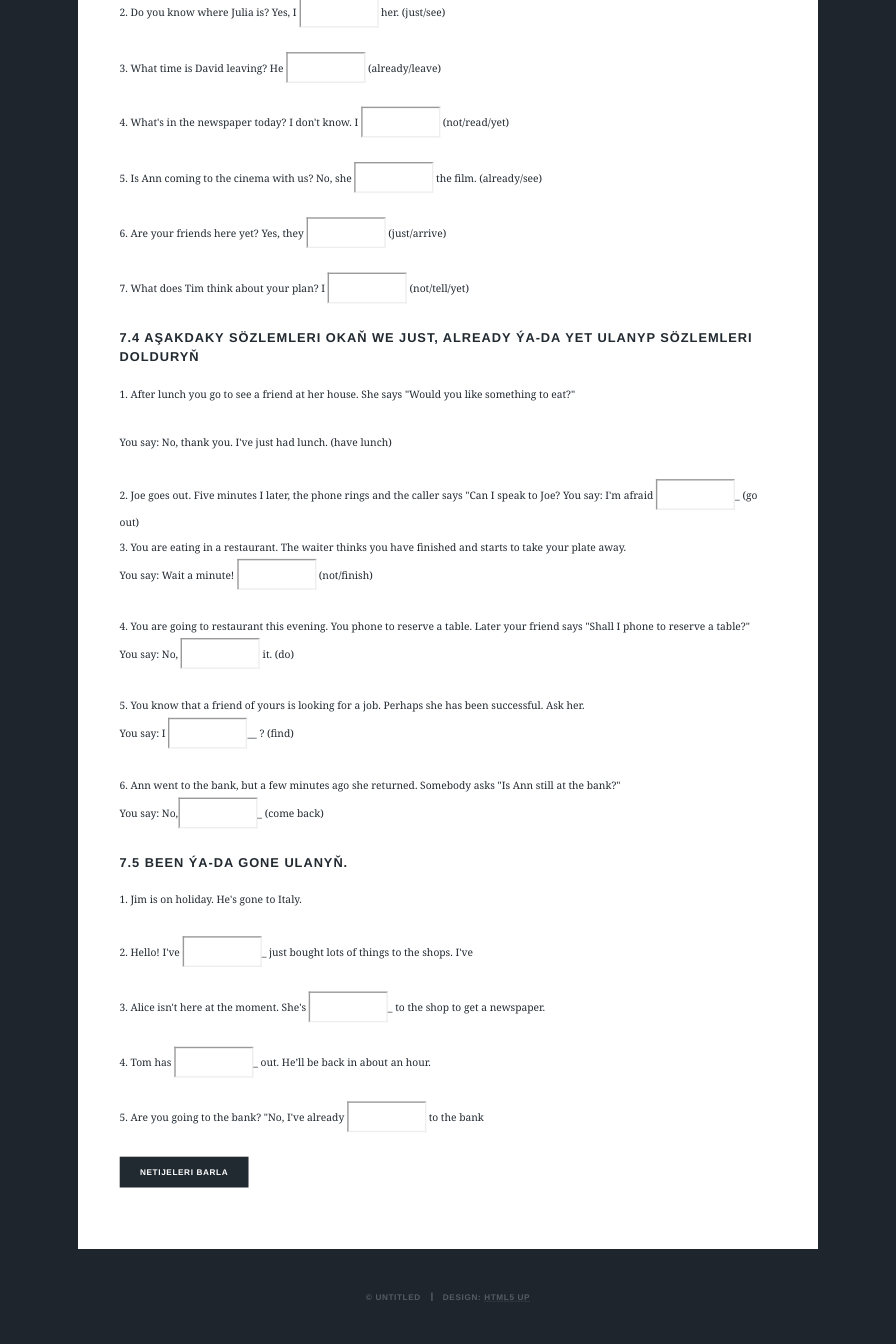
Repository: Sahet-dev/English-grammar-app
Page: test/test_unit _7.html
These files come from the project's save history. The page is drawn as it stood at one moment and after the next save; the edit follows.
The browser window is 1280 px wide. The pictures show the part of the page from y = 1968 to 3888 px (the page is 3888 px tall before and 3853 px after), at 70% of full size.
Some web fonts or font styles are not loaded; a fallback is used.

Above is the page before, as saved 2022-06-24 16:08:03.

After the next save:
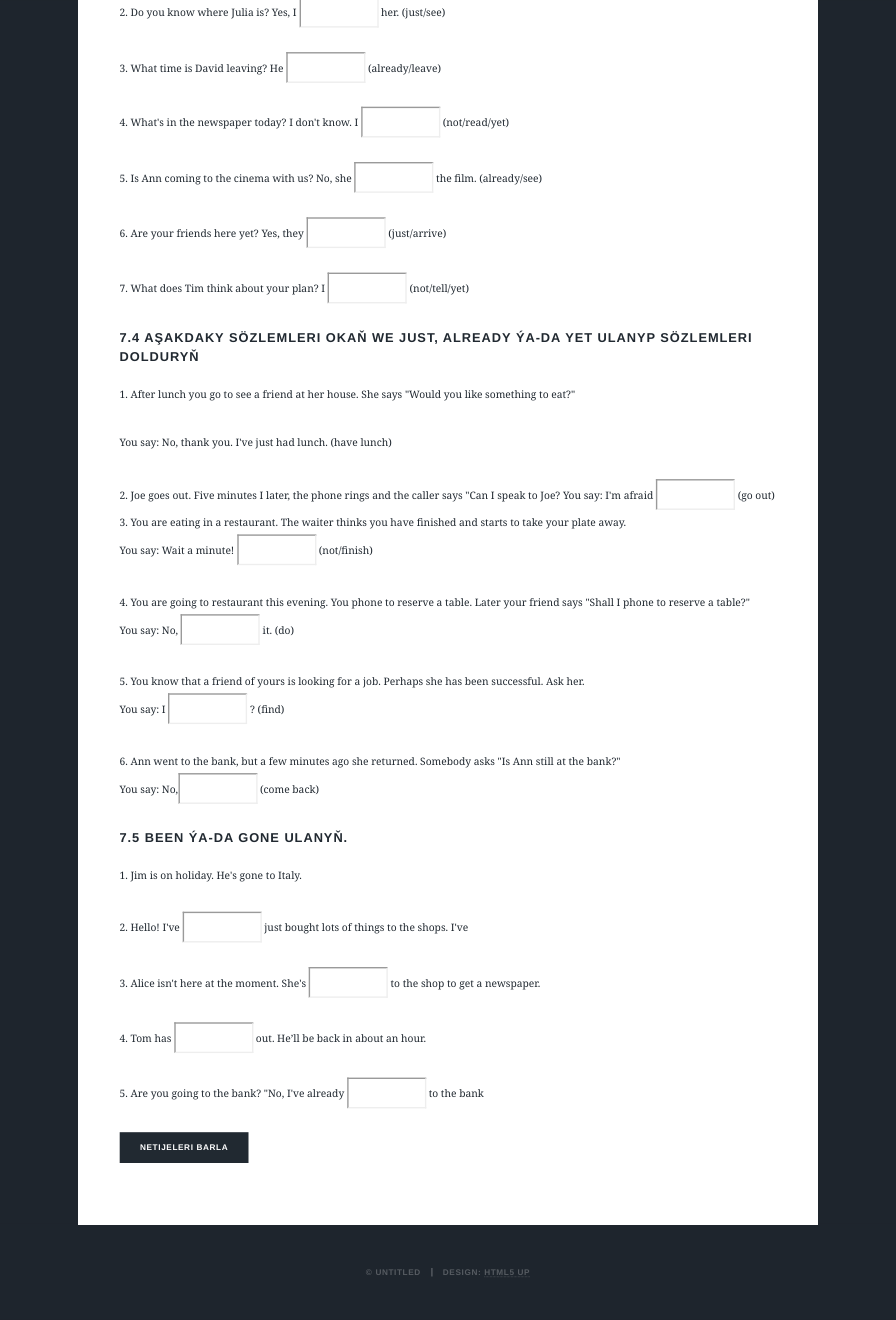
Saved 33 s later.
--- a/test/test_unit _7.html
+++ b/test/test_unit _7.html
@@ -145,7 +145,7 @@
 											<br><br>
 											2. Joe goes out. Five minutes I later, the phone rings and the caller says "Can I speak to Joe?
 
-											You say: I'm afraid <input type="text" size="7" name="answer" value="">_ (go out)
+											You say: I'm afraid <input type="text" size="7" name="answer" value="">  (go out)
 											<br>
 											3. You are eating in a restaurant. The waiter
 											thinks you have finished and starts to take your
@@ -162,12 +162,12 @@
 											<br><br>
 											5. You know that a friend of yours is looking for a job. Perhaps she has been successful. Ask her.
 											<br>
-											You say: I <input type="text" size="7" name="answer" value="">__ ? (find)
+											You say: I <input type="text" size="7" name="answer" value="">  ? (find)
 											<br><br>
 											6. Ann went to the bank, but a few minutes ago
 											she returned. Somebody asks "Is Ann still at the bank?"
 											<br>
-											You say: No,<input type="text" size="7" name="answer" value="">_  (come back)
+											You say: No,<input type="text" size="7" name="answer" value="">   (come back)
 											<br><br>
 
 										<h3>7.5
@@ -176,11 +176,11 @@
 
 											1. Jim is on holiday. He's gone to Italy.
 											<br><br>
-											2. Hello! I've <input type="text" size="7" name="answer" value="">_ just bought lots of things  to the shops. I've
-											<br><br>
-											3. Alice isn't here at the moment. She's <input type="text" size="7" name="answer" value="">_ to the shop to get a newspaper.
-											<br><br>
-											4. Tom has <input type="text" size="7" name="answer" value="">_ out. He’ll be back in about an hour.
+											2. Hello! I've <input type="text" size="7" name="answer" value="">  just bought lots of things  to the shops. I've
+											<br><br>
+											3. Alice isn't here at the moment. She's <input type="text" size="7" name="answer" value="">  to the shop to get a newspaper.
+											<br><br>
+											4. Tom has <input type="text" size="7" name="answer" value="">  out. He’ll be back in about an hour.
 											<br><br>
 											5. Are you going to the bank? "No, I've
 											already <input type="text" size="7" name="answer" value="">  to the bank
